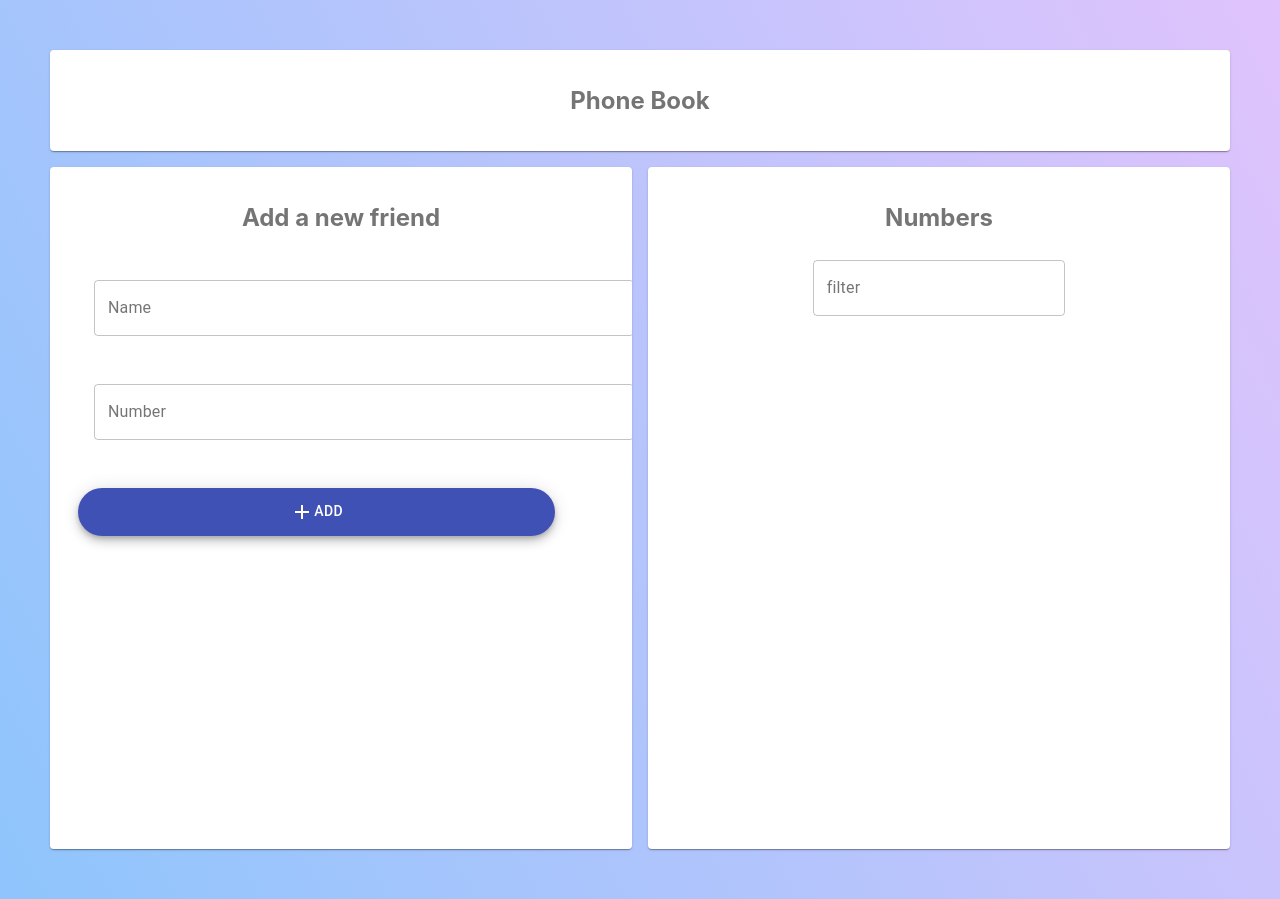
Repository: StacyLafume/phone-book
Page: / (app in phone-book/)
An editor plug-in stored every save of this project. The page is shown before and after the next save, followed by the edit.
The browser window is 1280 px wide. The pictures show the whole page.
The page's requests for data from a server got no answer. The project was rebuilt for these pictures with package versions that can differ from the ones it lists, and the page was loaded fresh each time. No one was signed in, and anything a server would have sent is missing. Also part of the build but not shown: phone-book/src/PhoneBook.js.

Above is the page before, as saved 2021-04-02 02:31:11.

After the next save:
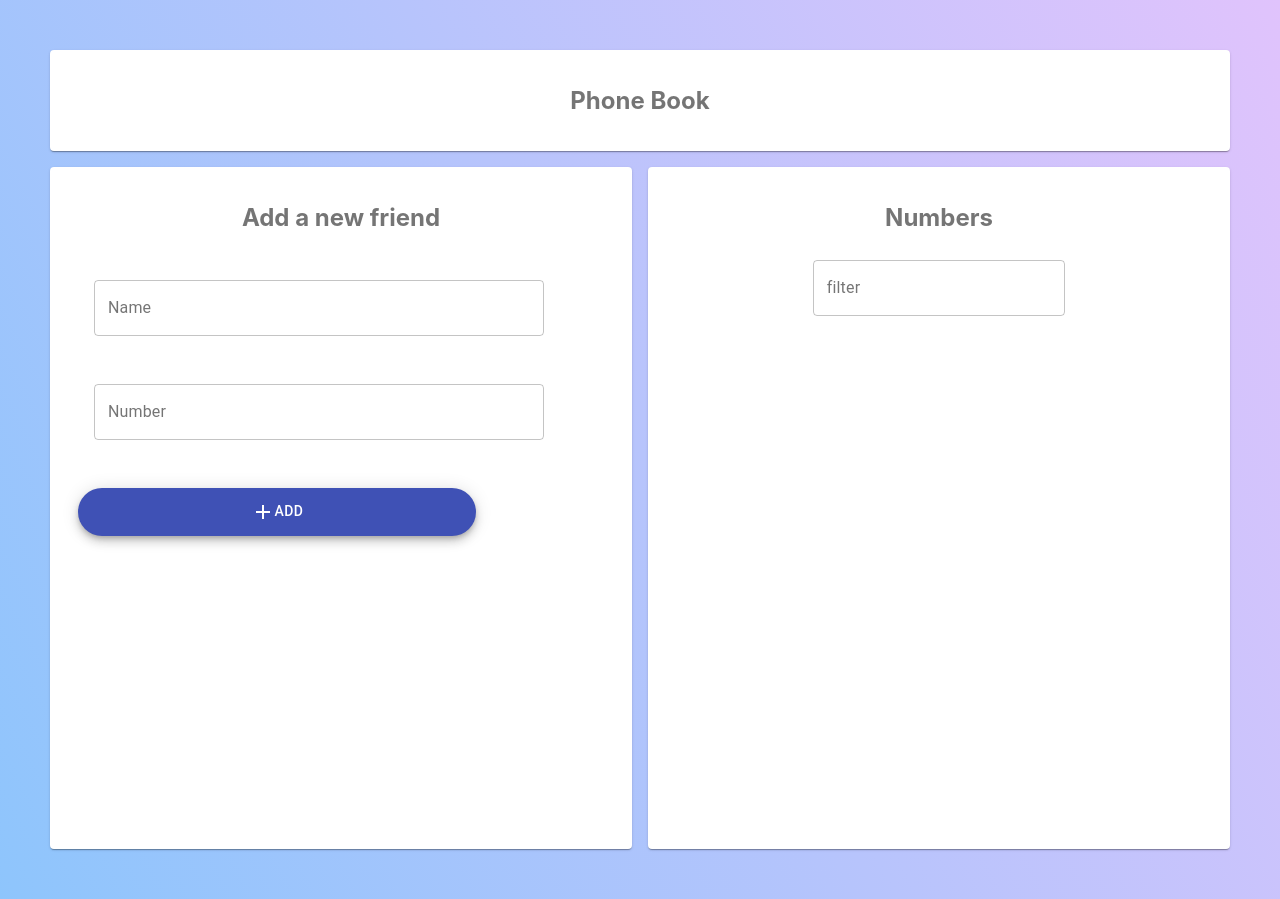
Saved 19 s later.
--- a/phone-book/src/PersonForm.js
+++ b/phone-book/src/PersonForm.js
@@ -18,7 +18,7 @@ const PersonForm = ({
     root: {
       '& > *': {
         margin: theme.spacing(2),
-        width: '60ch',
+        width: '50ch',
       },
     },
     press: {
